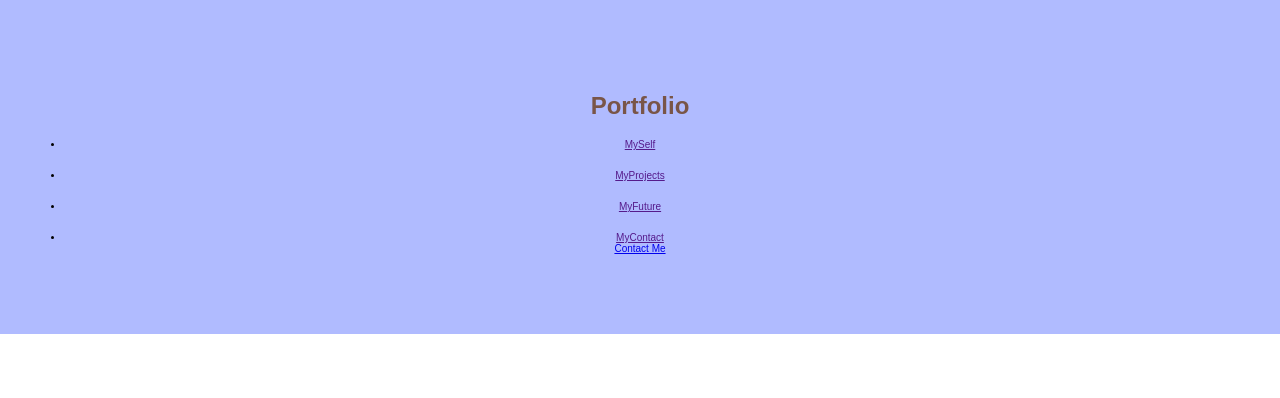
Repository: ChristianGecchelin/PortfolioOnline
Page: index.html
An editor plug-in stored every save of this project. The page is shown before and after the next save, followed by the edit.
The browser window is 1280 px wide. The pictures show the whole page.

Above is the page before, as saved 2022-01-08 14:47:29.

### index.html
<!DOCTYPE html>
<html lang="en">
  <head>
    <meta charset="UTF-8" />
    <meta http-equiv="X-UA-Compatible" content="IE=edge" />
    <meta name="viewport" content="width=device-width, initial-scale=1.0" />
    <title>Portfolio Christian</title>
    <link rel="stylesheet" href="./styles/styles.css" />
  </head>
  <body>
    <header>
      <nav>
        <h1>Portfolio</h1>
        <ul class="list-container">
          <li class="list-container-link">
            <a class="" href="">MySelf</a>
          </li>
          <li class="list-container-link">
            <a class="" href="">MyProjects</a>
          </li>
          <li class="list-container-link">
            <a class="" href="">MyFuture</a>
          </li>
          <li class="list-container-link">
            <a class="" href="">MyContact</a>
          </li>
        </ul>
        <a class="header--nav-button" href="#MyContact">
          Contact Me<span></span
        ></a>
      </nav>
      <main class="principalContainer">
        <section class="principalContainer-mySelf"></section>
        <div class="principalContainer-mySelf--information"></div>
        <div class="principalContainer-mySelf--image"></div>
        <section class="principalContainer-myProject"></section>
        <section class="principalContainer-myFuture"></section>
        <section class="principalContainer-myContact"></section>
      </main>
    </header>
  </body>
</html>

### styles/styles.css
:root {
  --strong-orange: #f7931a;
  --soft-orange: #ffe9d5;
  --secondary-blue: #1a9af7;
  --soft-blue: #e7f5ff;
  --warm-black: #201e1c;
  --black: #282623;
  --grey: #bababa;
  --off-white: #faf8f7;
  --just-white: #fff;
  --light-violet: #b0bbff;
  --strong-violet: #5764b3;
  --skin-color: #ffecb0;
  --yellow-skin-color: #fff3c9;
  --almost-brown: #b3a169;
}
* {
  box-sizing: border-box;
  margin: 0;
  padding: 0;
}
html {
  font-size: 62.5%;
  font-family: "DM Sans", sans-serif;
}
header {
  display: flex;
  flex-direction: column;
  justify-content: center;
  height: 334px;
  background: var(--light-violet);
  text-align: center;
}
header nav {
  flex-direction: column;
  justify-content: center;
  width: 90%;
  min-width: 288px;
  height: 218px;
  align-self: center;
  text-align: center;
  margin-top: 70px;
}
header nav h1 {
  font-size: 2.4rem;
  font-weight: 700;
  line-height: 2.6rem;
  color: #795548;
}

header nav .list-container-link {
  margin-top: 20px;
}

After the next save:
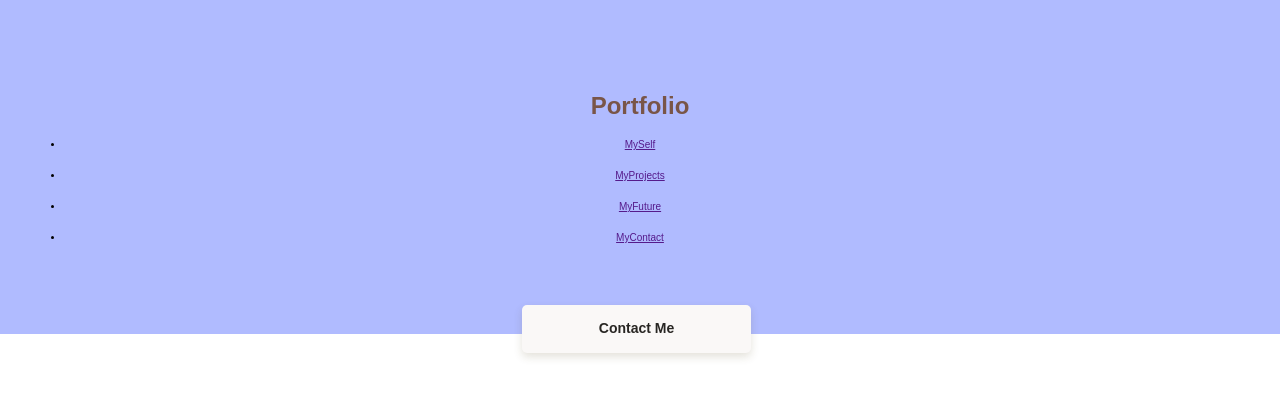
Saved 50 s later.
--- a/styles/styles.css
+++ b/styles/styles.css
@@ -51,3 +51,21 @@ header nav h1 {
 header nav .list-container-link {
   margin-top: 20px;
 }
+header nav .header--nav-button {
+  position: absolute;
+  top: 270px;
+  left: calc(50% - 118px);
+  display: block;
+  margin-top: 35px;
+  padding: 15px;
+  width: 229px;
+  height: 48px;
+  background-color: var(--off-white);
+  font-size: 1.4rem;
+  font-weight: 700;
+  text-decoration: none;
+  color: var(--black);
+  box-shadow: 0px 4px 8px rgba(89, 73, 30, 0.16);
+  border: none;
+  border-radius: 5px;
+}
